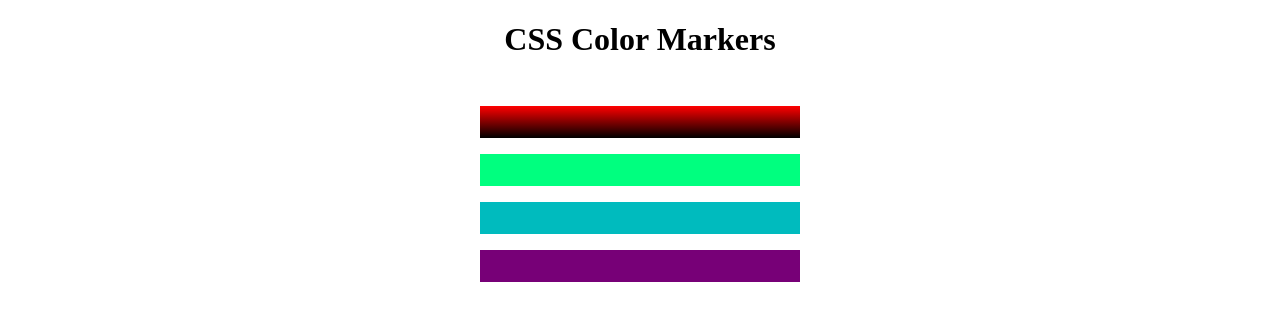
Repository: Lungdjos/color_markers
Page: index.html
The author's editor kept a copy of each file at every save. The page is drawn from the files as they stood at one save, then again after a run of saves.
The browser window is 1280 px wide. The pictures show the whole page.

Above is the page before, as saved 2023-09-14 18:40:19.

After the next 3 saves:
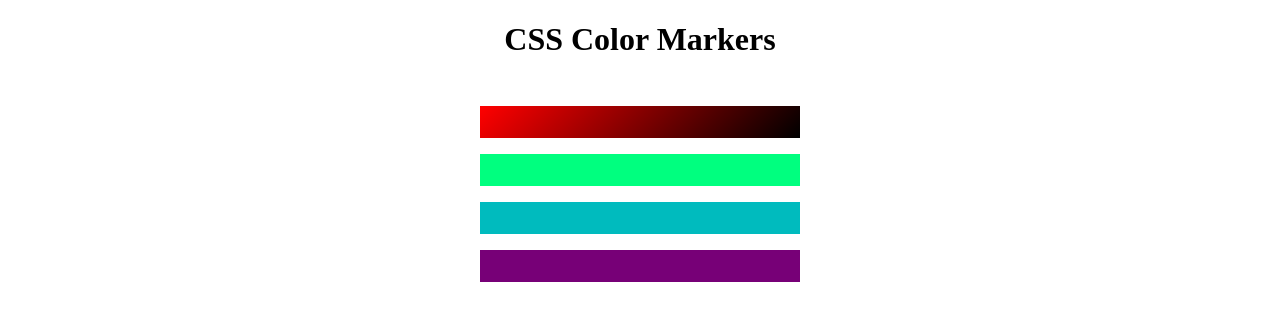
The 3 saves are shown as one change because they came seconds apart.
The last was saved 12 s later.
--- a/styles.css
+++ b/styles.css
@@ -12,7 +12,7 @@ h1 {
 }
 
 .orange {
-    background: linear-gradient(rgb(255, 0, 0), hsl(0, 100%, 0%));
+    background: linear-gradient(135deg, rgb(255, 0, 0), hsl(0, 100%, 0%));
 }
 
 .green {
